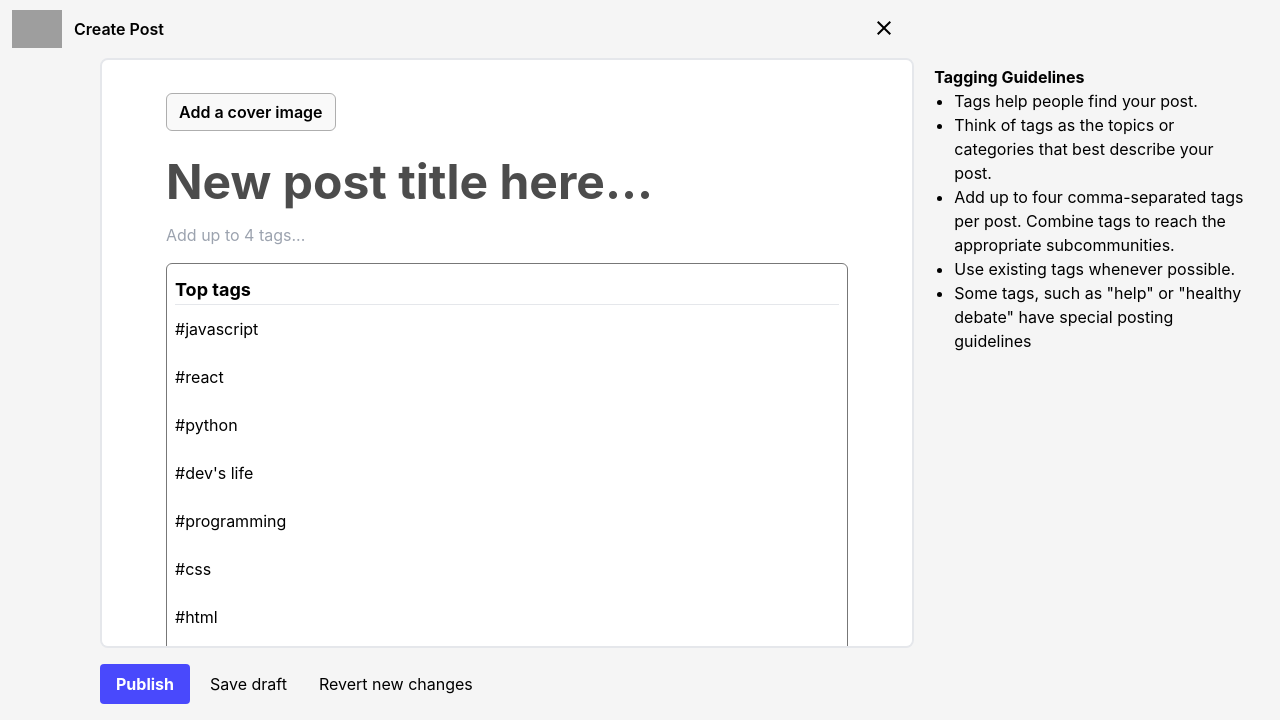
Repository: dat-nguyen-2001/Dev.to
Page: /new (app in client/)
The author's editor kept a copy of each file at every save. The page is drawn from the files as they stood at one save, then again after the next save.
The browser window is 1280 px wide. The pictures show the whole page.
Pictures or frames that could not be fetched are drawn as grey boxes. An inner scrolling area shows only its first screen. The project was rebuilt for these pictures with package versions that can differ from the ones it lists, and the page was loaded fresh each time. Also part of the build but not shown: client/src/components/Footer.tsx, client/src/components/nav/GuestNav.tsx, client/src/components/nav/NavBar.tsx, client/src/components/Layout.tsx, client/src/pages/about.tsx, client/src/components/SignInForm.tsx, client/src/components/SignInPlatform.tsx, client/src/pages/enter.tsx and 1 more.

Above is the page before, as saved 2022-09-25 12:07:37.

### client/public/index.html
<!DOCTYPE html>
<html lang="en">
  <head>
    <meta charset="utf-8" />
    <link rel="icon" href="%PUBLIC_URL%/dev.to-icon.png" />
    <meta name="viewport" content="width=device-width, initial-scale=1" />
    <meta name="theme-color" content="#000000" />
    <meta
      name="description"
      content="Web site created using create-react-app"
    />
  </head>
  <body>
    <noscript>You need to enable JavaScript to run this app.</noscript>
    <div id="root"></div>
  </body>
</html>

### client/src/index.tsx
import React from 'react';
import ReactDOM from 'react-dom/client';
import './index.css';
import App from './App';
import reportWebVitals from './reportWebVitals';

const root = ReactDOM.createRoot(
  document.getElementById('root') as HTMLElement
);
root.render(
  <React.StrictMode>
      <App />
  </React.StrictMode>
);

// If you want to start measuring performance in your app, pass a function
// to log results (for example: reportWebVitals(console.log))
// or send to an analytics endpoint. Learn more: https://bit.ly/CRA-vitals
reportWebVitals();

### client/src/index.css
@tailwind base;
@tailwind components;
@tailwind utilities;

body {
  margin: 0;
  font-family: -apple-system, BlinkMacSystemFont, 'Segoe UI', 'Roboto', 'Oxygen',
    'Ubuntu', 'Cantarell', 'Fira Sans', 'Droid Sans', 'Helvetica Neue',
    sans-serif;
  -webkit-font-smoothing: antialiased;
  -moz-osx-font-smoothing: grayscale;
  background-color: #f5f5f5;
}

code {
  font-family: source-code-pro, Menlo, Monaco, Consolas, 'Courier New',
    monospace;
}


.space-between {
  justify-content: space-between;
}

.icon {
  @apply w-9 h-9 hover:text-[blue]/70 hover:bg-[#e2e3f3] text-center cursor-pointer rounded py-1
}

/* make words between a line */

.linedWord::before, .linedWord::after {
  content: "";
  flex: 1 1;
  border-bottom : 1px solid black;
  margin: auto
}

.linedWord::before {
  margin-right: 5px
}

.linedWord::after {
  margin-left: 5px
}

.registerInput {
  @apply h-[40px] border-[1px] rounded pl-1
}

### client/src/App.tsx
import {
  BrowserRouter as Router,
  Routes,
  Route,
} from 'react-router-dom';

import AboutPage from './pages/about';
import SignIn from './pages/enter';
import HomePage from './pages/home';
import New from './pages/new';

function App() {
  return (<Router>
    <Routes>
    <Route path='/' element={< HomePage />}></Route>
      <Route path='/about' element={< AboutPage />}></Route>
      <Route path='/enter' element={< SignIn />}></Route>
      <Route path='/new' element={< New />}></Route>
    </Routes>
  </Router>

  );
}

export default App;

### client/src/pages/new.tsx
import ClearIcon from '@mui/icons-material/Clear';
import FormatListNumberedIcon from '@mui/icons-material/FormatListNumbered';
import FormatListBulletedIcon from '@mui/icons-material/FormatListBulleted';
import FormatBoldIcon from '@mui/icons-material/FormatBold';
import FormatItalicIcon from '@mui/icons-material/FormatItalic';
import ImageIcon from '@mui/icons-material/Image';
import AttachmentIcon from '@mui/icons-material/Attachment';
import MoreVertIcon from '@mui/icons-material/MoreVert';
import FormatQuoteIcon from '@mui/icons-material/FormatQuote';
import CodeIcon from '@mui/icons-material/Code';
import BoltIcon from '@mui/icons-material/Bolt';
import { useEffect, useState } from 'react';

const New = () => {

    //Handle creating new article
    const createArticle = () => {
        console.log('created!')
    }

    //Preview image uploaded by user
    const [url, setUrl] = useState<string>('')
    const handlePreviewImage = (e: any) => {
        const file = e.target.files[0];
        const url = URL.createObjectURL(file);
        setUrl(url)
    }

    //Handle tags
    const tags = ["javascript", "react", "python", "dev's life", "programming", "css", "html", "typescript", "mongodb"]

    // Resize textarea when typing
    const textarea = document.querySelector('textarea');
    const handleResize = (e: any) => {
        const area = e.target;
        area.style.height = "auto";
        area.style.height = area.scrollHeight + "px";
    }
    if (textarea !== null) {
        textarea.addEventListener('input', handleResize)
    }


    return (
        <div className='md:grid grid-cols-4 bg-[#f5f5f5] lg:grid-cols-7 2xl:pl-[100px]'>
            <div className='flex flex-col content-center h-screen col-span-3 lg:col-span-5'>
                <div className='h-[8vh] flex items-center space-between px-3'>
                    <div className='flex items-center space-x-3'>
                        <a href='/' className='hidden md:inline'>
                            <img src="https://dev-to-uploads.s3.amazonaws.com/uploads/logos/resized_logo_UQww2soKuUsjaOGNB38o.png" width={50} className="cursor-pointer" />
                        </a>
                        <p className='font-semibold'>Create Post</p>
                    </div>
                    <div className='icon'>
                        <a href='/'>
                            <ClearIcon />
                        </a>
                    </div>
                </div>
                <div className='overflow-y-auto bg-white h-[82vh] border-[2px] rounded-lg flex flex-col py-3 md:py-10 px-2 md:px-16 space-y-5 lg:ml-[100px]'>
                    <form>
                        <input type="file" name='file' id='file' onChange={handlePreviewImage} className='w-0 h-0 opacity-0 overflow-hidden absolute z-[-1] ' />
                        <label htmlFor='file' className='bg-[#f9f9f9] font-semibold px-3 py-2 cursor-pointer rounded-md border-black/30 border-[1.5px]'>Add a cover image</label>
                    </form>

                    {/* preview image */}
                    {url !== "" &&
                        <div className='flex items-center space-x-10'>
                            <img src={url} width={200} />
                            <button className='text-lg px-3 py-1 text-[red] hover:bg-[#eeeeee] rounded-md' onClick={() => setUrl('')}>Remove</button>
                        </div>}

                    <form>
                        <input placeholder='New post title here...' className='text-3xl md:text-4xl lg:text-5xl w-full h-[130%] outline-none font-bold placeholder-black/70' />
                    </form>
                    <form className='relative'>
                        <input placeholder='Add up to 4 tags...' className='w-full outline-none' />
                        <div className='z-[100] absolute top-10 flex flex-col px-2 bg-white w-full border-[.1em] border-solid border-[#777] rounded-md max-h-[500px] overflow-y-auto'>
                            <h2 className='text-lg font-bold pt-3'>Top tags</h2>
                            <hr></hr>
                            <ul className='flex flex-col space-y-0 cursor-pointer '>
                                {tags.map(tag => (
                                    <li key={tag} className='py-3 hover:text-[#3e45b2] hover:bg-[#f5f5f5]'>#{tag}</li>
                                ))}
                            </ul>
                        </div>
                    </form>
                    <div className='bg-[#f9f9f9] w-full'>
                        <div className='flex space-between py-4 px-2 '>
                            <div className='flex space-x-3'>
                                <div className='icon'>
                                    <FormatBoldIcon />
                                </div>
                                <div className='icon'>
                                    <FormatItalicIcon />
                                </div>
                                <div className='icon hidden sm:inline'>
                                    <AttachmentIcon />
                                </div>
                                <div className='icon'>
                                    <FormatListNumberedIcon />
                                </div>
                                <div className='icon'>
                                    <FormatListBulletedIcon />
                                </div>
                                <div className='icon hidden md:inline'>
                                    <FormatQuoteIcon />
                                </div>
                                <div className='icon hidden md:inline'>
                                    <CodeIcon />
                                </div>
                                <div className='icon hidden md:inline'>
                                    <BoltIcon />
                                </div>
                                <div className='icon'>
                                    <ImageIcon />
                                </div>
                            </div>
                            <div className='icon'>
                                <MoreVertIcon />
                            </div>
                        </div>

                    </div>
                    <div className='w-full'>
                        <textarea placeholder='Write your post content here...' className='outline-none text-lg w-full' />
                    </div>
                </div>
                <div className='h-[10vh] flex items-center px-3 space-x-2 lg:ml-[100px] lg:px-0'>
                    <button className='px-4 py-2 rounded bg-[blue]/70 hover:bg-[blue] text-white font-bold text-base' onClick={createArticle}>Publish</button>
                    <button className='px-3 py-2 rounded hover:text-[blue]/70 hover:bg-[#e2e3f3]'>Save draft</button>
                    <button className='hidden sm:inline px-3 py-2 rounded hover:text-[blue]/70 hover:bg-[#e2e3f3] text-md'>Revert new changes</button>
                </div>
            </div>

            <div className='hidden md:inline col-span-1 lg:col-span-2 h-[82vh] my-auto px-2 lg:px-5 md:mr-4'>
                <h1 className='font-bold'>Tagging Guidelines</h1>
                <ul className='text-[14px] lg:text-base list-disc pl-5 '>
                    <li>Tags help people find your post.</li>
                    <li>Think of tags as the topics or categories that best describe your post.</li>
                    <li>Add up to four comma-separated tags per post. Combine tags to reach the appropriate subcommunities.</li>
                    <li>Use existing tags whenever possible.</li>
                    <li>Some tags, such as "help" or "healthy debate" have special posting guidelines</li>
                </ul>
            </div>

        </div>
    )
}

export default New

Loaded but not shown: client/src/reportWebVitals.ts (common file); client/tailwind.config.js (common file)

After the next save:
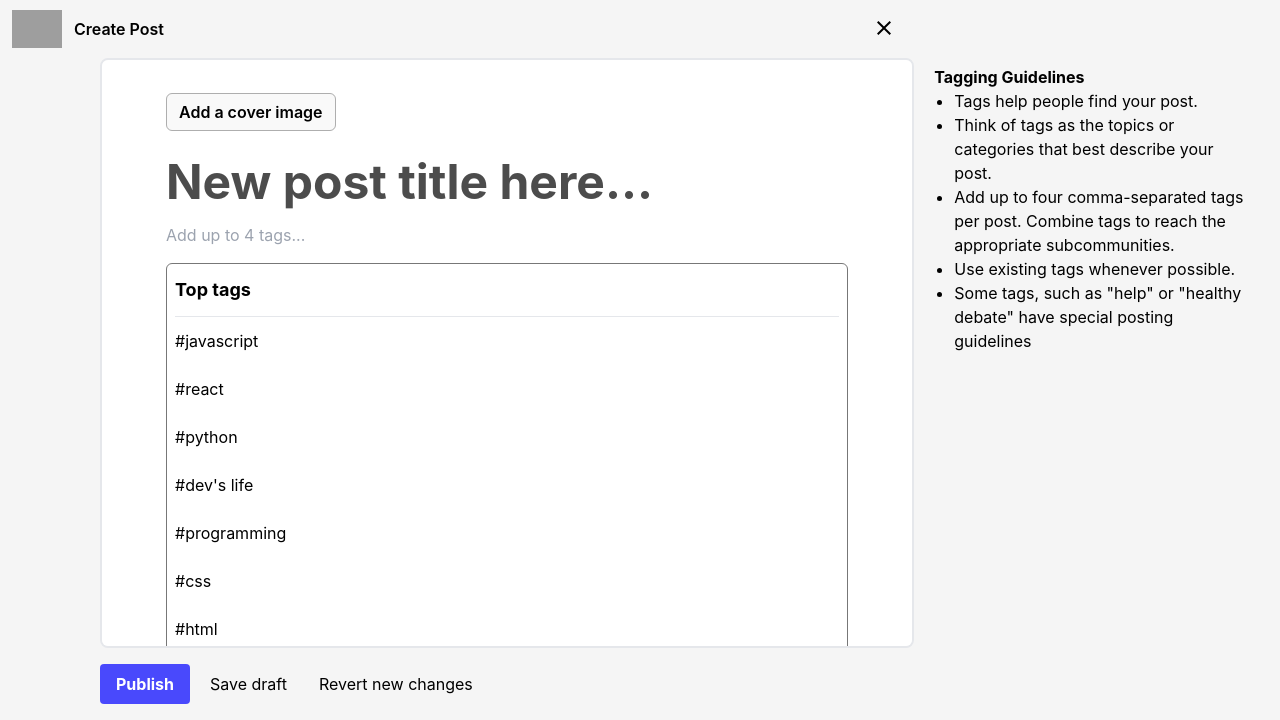
Saved 4 s later.
--- a/client/src/pages/new.tsx
+++ b/client/src/pages/new.tsx
@@ -76,7 +76,7 @@ const New = () => {
                     <form className='relative'>
                         <input placeholder='Add up to 4 tags...' className='w-full outline-none' />
                         <div className='z-[100] absolute top-10 flex flex-col px-2 bg-white w-full border-[.1em] border-solid border-[#777] rounded-md max-h-[500px] overflow-y-auto'>
-                            <h2 className='text-lg font-bold pt-3'>Top tags</h2>
+                            <h2 className='text-lg font-bold pt-3 pb-3'>Top tags</h2>
                             <hr></hr>
                             <ul className='flex flex-col space-y-0 cursor-pointer '>
                                 {tags.map(tag => (
